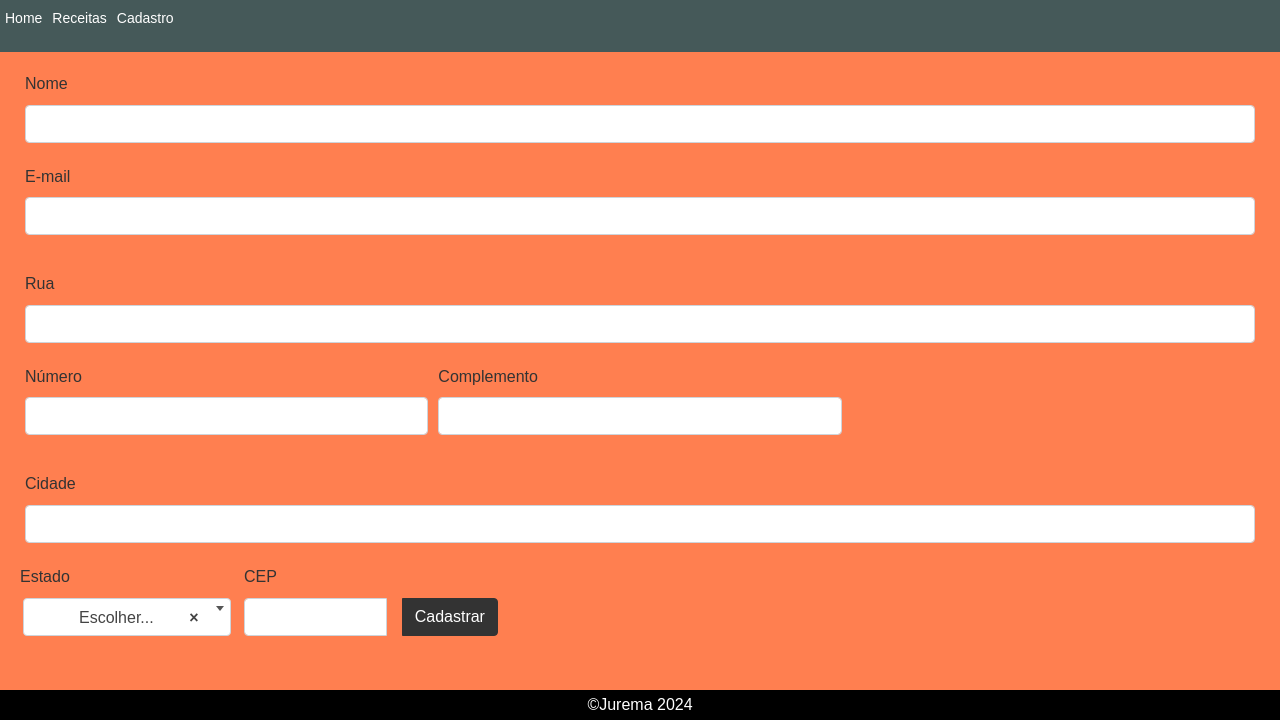
Repository: devropaes/RECEITAS
Page: OneDrive/Área de Trabalho/Estudos/Estácio/receitas/cadastro.html
An editor plug-in stored every save of this project. The page is shown before and after the next save, followed by the edit.
The browser window is 1280 px wide. The pictures show the whole page.

Above is the page before, as saved 2024-03-16 14:39:50.

### OneDrive/Área de Trabalho/Estudos/Estácio/receitas/cadastro.html
<!DOCTYPE html>
<html lang="pt-br">
<head>
    <meta charset="UTF-8">
    <meta http-equiv="X-UA-Compatible" content="IE=edge">
    <meta name="viewport" content="width=device-width, initial-scale=1.0">
    <title>Cadastro</title>
    <link rel="stylesheet" href="https://stackpath.bootstrapcdn.com/bootstrap/4.3.1/css/bootstrap.min.css" integrity="sha384-ggOyR0iXCbMQv3Xipma34MD+dH/1fQ784/j6cY/iJTQUOhcWr7x9JvoRxT2MZw1T" crossorigin="anonymous">
    <link href="https://cdnjs.cloudflare.com/ajax/libs/select2/4.0.13/css/select2.min.css" rel="stylesheet" />
    <link rel="stylesheet" href="cadastro.css">
    <link rel="stylesheet" href="formatos.css">

<style>
        .navlist {
            justify-content: flex-start;
        }
    </style>
</head>
<body>
    <div class="page-container">
        <header>
            <nav>
                <ul class="navlist">
                    <li><a href="home.html">Home</a></li>
                    <li><a href="receitas.html">Receitas</a></li>
                    <li><a href="cadastro.html">Cadastro</a></li>
                </ul>
            </nav>
        </header>
    </body>

        <main class="container-fluid">
            <!-- Área Principal - Título e Formulário de Cadastro -->
            <div class="row">
                <div class="col-lg-12">
                    <h1 class="mt-6 text-left">Efetue seu Cadastro</h1>
                    <form>
                        <div class="form-row">
                            <div class="form-group col-md-12">
                                <label for="nome" class="float-left">Nome</label>
                                <input type="text" class="form-control" id="nome" required>
                            </div>
                            <div class="form-group col-md-12">
                                <label for="email" class="float-left">E-mail</label>
                                <input type="email" class="form-control" id="email" required>
                            </div>
                        </div>
                        <div class="form-row">
                            <div class="form-group col-md-12">
                                <label for="rua" class="float-left">Rua</label>
                                <input type="text" class="form-control" id="rua" required>
                            </div>
                            <div class="form-group col-md-4">
                                <label for="numero" class="float-left">Número</label>
                                <input type="text" class="form-control" id="numero" required>
                            </div>
                            <div class="form-group col-md-4">
                                <label for="complemento" class="float-left">Complemento</label>
                                <input type="text" class="form-control" id="complemento">
                            </div>
                        </div>
                        <div class="form-row">
                            <div class="form-group col-md-12">
                                <label for="cidade" class="float-left">Cidade</label>
                                <input type="text" class="form-control" id="cidade" required>
                            </div>

                            <div class="form-row">
                                <div class="form-group col-md-4">
                                    <label for="estado" class="float-left">Estado</label>
                                    <select id="estado" class="form-control" required>
                                    <option selected>Escolher...</option>
                                    <option value="AC">Acre</option>
                                    <option value="AL">Alagoas</option>
                                    <option value="AP">Amapá</option>
                                    <option value="AM">Amazonas</option>
                                    <option value="BA">Bahia</option>
                                    <option value="CE">Ceará</option>
                                    <option value="DF">Distrito Federal</option>
                                    <option value="ES">Espírito Santo</option>
                                    <option value="GO">Goiás</option>
                                    <option value="MA">Maranhão</option>
                                    <option value="MT">Mato Grosso</option>
                                    <option value="MS">Mato Grosso do Sul</option>
                                    <option value="MG">Minas Gerais</option>
                                    <option value="PA">Pará</option>
                                    <option value="PB">Paraíba</option>
                                    <option value="PR">Paraná</option>
                                    <option value="PE">Pernambuco</option>
                                    <option value="PI">Piauí</option>
                                    <option value="RJ">Rio de Janeiro</option>
                                    <option value="RN">Rio Grande do Norte</option>
                                    <option value="RS">Rio Grande do Sul</option>
                                    <option value="RO">Rondônia</option>
                                    <option value="RR">Roraima</option>
                                    <option value="SC">Santa Catarina</option>
                                    <option value="SP">São Paulo</option>
                                    <option value="SE">Sergipe</option>
                                    <option value="TO">Tocantins</option>
                                </select>
                            </div>
                            <div class="form-group col-md-5">
                                <label for="cep" class="float-left">CEP</label>
                                <div class="input-group">
                                    <input type="text" class="form-control mr-3" id="cep" required>
                                    <div class="input-group-append">
                                        <button type="submit" class="btn btn-primary mr-3">Cadastrar</button>
                                    </div>
                                </div>
                            </div>
                        </div>
                    </form>
                </div>
            </div>
        </main>


        <footer class="rodape">
          <p>&copy;Jurema 2024 </p>
     </footer>

     <script src="https://code.jquery.com/jquery-3.3.1.slim.min.js" integrity="sha384-q8i/X+965DzO0rT7abK41JStQIAqVgRVzpbzo5smXKp4YfRvH+8abtTE1Pi6jizo" crossorigin="anonymous"></script>
<script src="https://cdnjs.cloudflare.com/ajax/libs/popper.js/1.14.7/umd/popper.min.js" integrity="sha384-UO2eT0CpHqdSJQ6hJty5KVphtPhzWj9WO1clHTMGa3JDZwrnQq4sF86dIHNDz0W1" crossorigin="anonymous"></script>
<script src="https://stackpath.bootstrapcdn.com/bootstrap/4.3.1/js/bootstrap.min.js" integrity="sha384-JjSmVgyd0p3pXB1rRibZUAYoIIy6OrQ6VrjIEaFf/nJGzIxFDsf4x0xIM+B07jRM" crossorigin="anonymous"></script>
<script src="https://cdnjs.cloudflare.com/ajax/libs/select2/4.0.13/js/select2.min.js"></script>

<script>
    $(document).ready(function() {
        // Aplica o Select2 ao campo de seleção de estados
        $('#estado').select2({
            placeholder: 'Escolher...',
            allowClear: true, // Permite a limpeza da seleção
        });
    });
</script>

</body>
</html>

### OneDrive/Área de Trabalho/Estudos/Estácio/receitas/cadastro.css
* {
  margin: 0;
  padding: 0;
  box-sizing:content-box;
}

body {
  overflow-y: auto;
  background-color: var(--cor-primaria);
  font-family: var(--font-secundaria);
  font-size: 1em;
  font-weight: 300;
  text-align: left;
  margin: 0px;
  padding: 0px; /* Adicionado espaçamento interno ao corpo */
}
main {
  margin-bottom: 60px;
}

.container-fluid {
  width: 100%;
  padding-right: 15px;
  padding-left: 15px;
  margin-right: auto;
  margin-left: auto;
}

form {
  display: flex;
  flex-direction: column;
}

.form-row {
  margin-bottom: 15px;
}

.float-left {
  float: left;
  padding-top: 5px;
}

.float-right {
  float: right;
  padding-top: 5px;
}

/* Estilo personalizado para o Select2 */
.select2-container--default .select2-selection--single {
  height: 38px;
  padding: 8px 12px;
  border: 1px solid #ced4da; /* Corrigido */
  border-radius: 4px;
}

.select2-container--default .select2-selection--single .select2-selection__arrow {
  height: 18px;
}

.select2-container--default .select2-selection--single .select2-selection__rendered {
  line-height: 22px;
}

.select2-container--default .select2-selection--single .select2-selection__arrow b {
  border-color: #555 transparent transparent transparent;
}

#filtroEstado {
  margin-bottom: 15px;
}

.apresentacao {
  font-family: var(--font-secundaria);
  font-weight: 600;
  background-color: var(--cor-primaria);
  text-align: center;
  padding: 30px;
}

.btn-primary {
  color: var(--cor-hover);
  background-color: var(--cor-secundaria);
  border-color: var(--cor-secundaria);
  width: 100%; /* Adicionado */
  height: 38px; /* Adicionado */
}
/* Estilo personalizado para o botão "Cadastrar" */
.cadastrar-btn {
  /* Adicione seus estilos personalizados aqui */
}


.rodape {
  background-color: var(--cor-terciaria);
  border-color: var(--cor-hover);
  color: var(--cor-hover);
  text-align: center;
  padding: 10px;
  position: fixed;
  border-bottom: var(--cor-hover);
  left: 0;
  bottom: 0%;
  width: 100%;
  max-width: 100%;
  height: 25px;
  padding-top: 5px;
}

main {
  margin-bottom: 20px; /* Ajuste a margem inferior para acomodar a altura do rodapé mais uma margem extra */
}

### OneDrive/Área de Trabalho/Estudos/Estácio/receitas/formatos.css
:root {
    --cor-primaria: #ff7f50;
    --cor-header: #455959;
    --cor-secundaria: #333;
    --cor-terciaria: #000;
    --cor-hover: #fff;
    --cor-apagada:#ced4da;
    --font-primaria: "Arial, Helvetica", sans-serif;
    --font-secundaria: "Krona-One", sans-serif;
}

* {
    margin: 0;
    padding: 0;
    box-sizing: border-box;
}

header {
    background-color:var(--cor-header);
    position: fixed;
    padding: 0px;
    left: 0;
    bottom: 0
    height:20px;
    top: 0;
    margin-top: 0;
    margin-left: 0;
    margin-right: 0;
    width: 100%;
    max-width: 100%;
    z-index: 1000;

}

body {
    background-color: var(--cor-primaria);
    color: var(--cor-secundaria);
    font-family: var(--font-secundaria);
    font-size: 16px;
    line-height: 1.6;
    font-weight: 400;
    text-align: center;
    margin: 5px;
    padding: 5px;
}
.navlist {

    background-color:var(--cor-header);
    color: var(--cor-apagada);
    padding: 5px;
    list-style: none;
    display:flex;
    justify-content:left;
    max-width: 100%;

}
.navlist li {

    margin-right: 10px;

}

.navlist a {
    text-decoration: none;
    font-family: var(--font-primaria);
    font-size: 14px;
    font-weight: normal;
    color:var(--cor-hover);
}
.navlist li a {
    color: var(--cor-hover); /* Cor do texto dentro dos links */

}

.logo-container {
    display: flex;
    align-items: center;
    font-size: 1em;
    margin-bottom: 50px;
    margin-top: 80px;
}

.logo {
    width: 70px;
    margin-right: 5px;
}

.receitas__tia__jurema {
    width: 80px;
    font-size: 2em;
    margin-bottom: 50px;
    padding: 50px;
    display: contents;
}

.content {
    display: flex;
    flex-direction: column;
    align-items: center;
    justify-content: center;
    text-align: center;
    margin-bottom: 60px;
}

.apresentacao {
    font-size: 1.5em;
    text-align: center;
    padding: 30px;
    width: 80%;
    margin: auto;
}

.apresentacao h2 {
    font-size: 1.5em;
    margin-bottom: 10px;
    padding: 10px;
    text-align: center;
}



.rodape {
    background-color: var(--cor-terciaria);
    border-color: var(--cor-hover);
    color: var(--cor-hover);
    text-align: center;
    padding: 10px;
    position: fixed;
    border-bottom: var(--cor-hover);
    left: 0;
    bottom: 0;
    width: 100%;
    height: 30px;
    max-width: 100%;
    line-height: 10px;
}

After the next save:
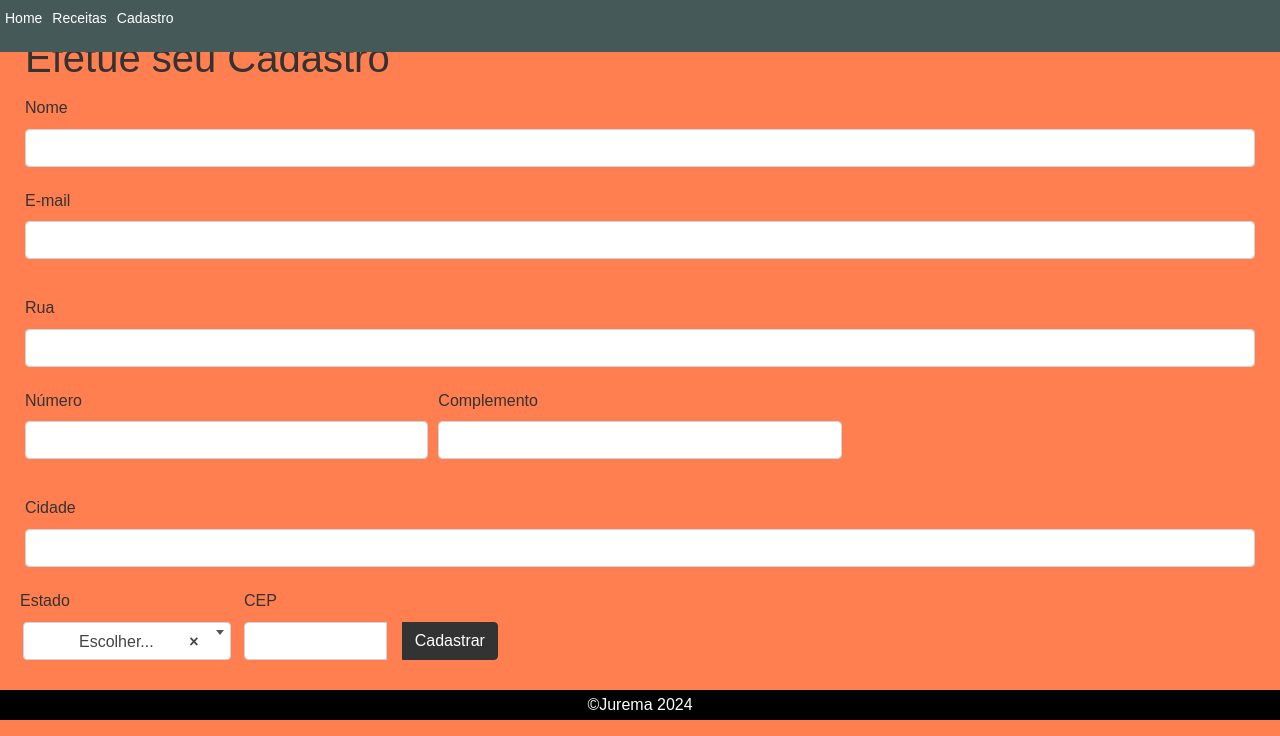
Saved 6 s later.
--- a/OneDrive/Área de Trabalho/Estudos/Estácio/receitas/cadastro.html
+++ b/OneDrive/Área de Trabalho/Estudos/Estácio/receitas/cadastro.html
@@ -33,7 +33,7 @@
             <!-- Área Principal - Título e Formulário de Cadastro -->
             <div class="row">
                 <div class="col-lg-12">
-                    <h1 class="mt-6 text-left">Efetue seu Cadastro</h1>
+                    <h1 class="mt-4 text-left">Efetue seu Cadastro</h1>
                     <form>
                         <div class="form-row">
                             <div class="form-group col-md-12">
